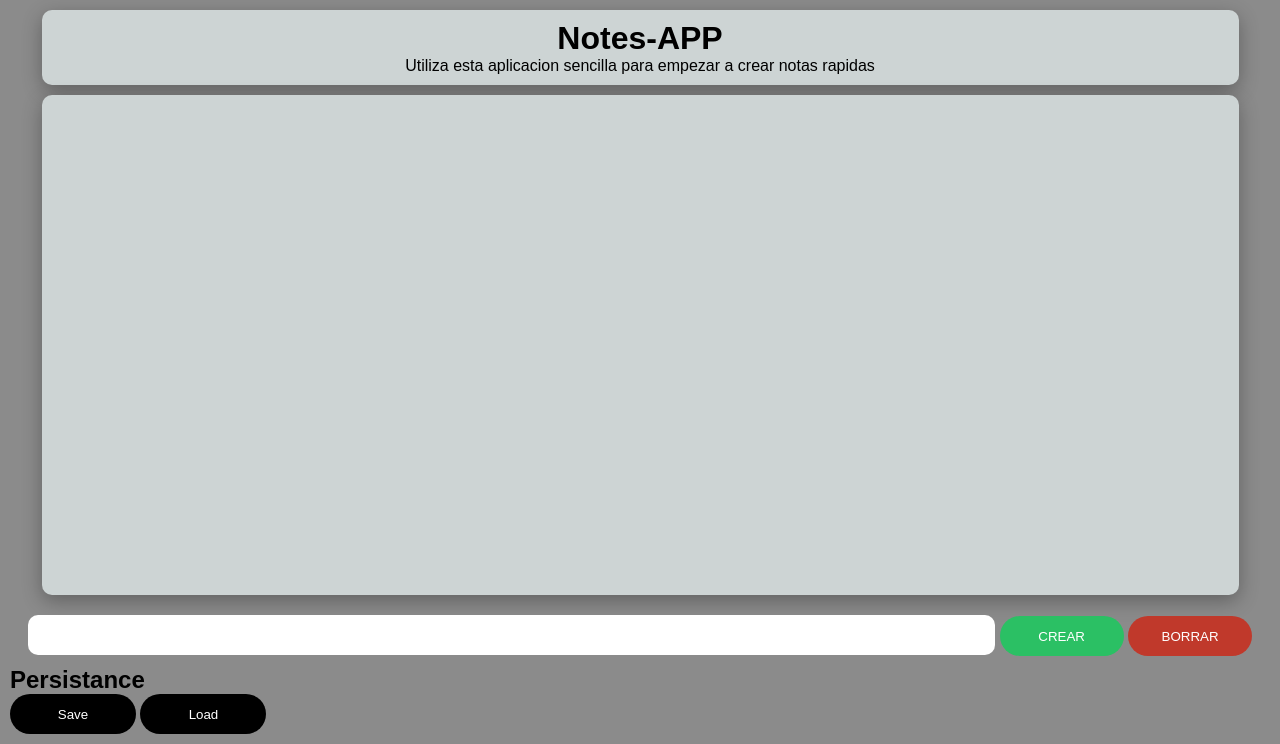
Repository: iocolopus/learn_web
Page: to_do persistente/index.html
The author's editor kept a copy of each file at every save. The page is drawn from the files as they stood at one save, then again after the next save.
The browser window is 1280 px wide. The pictures show the whole page.

Above is the page before, as saved 2026-02-16 22:40:51.

After the next save:
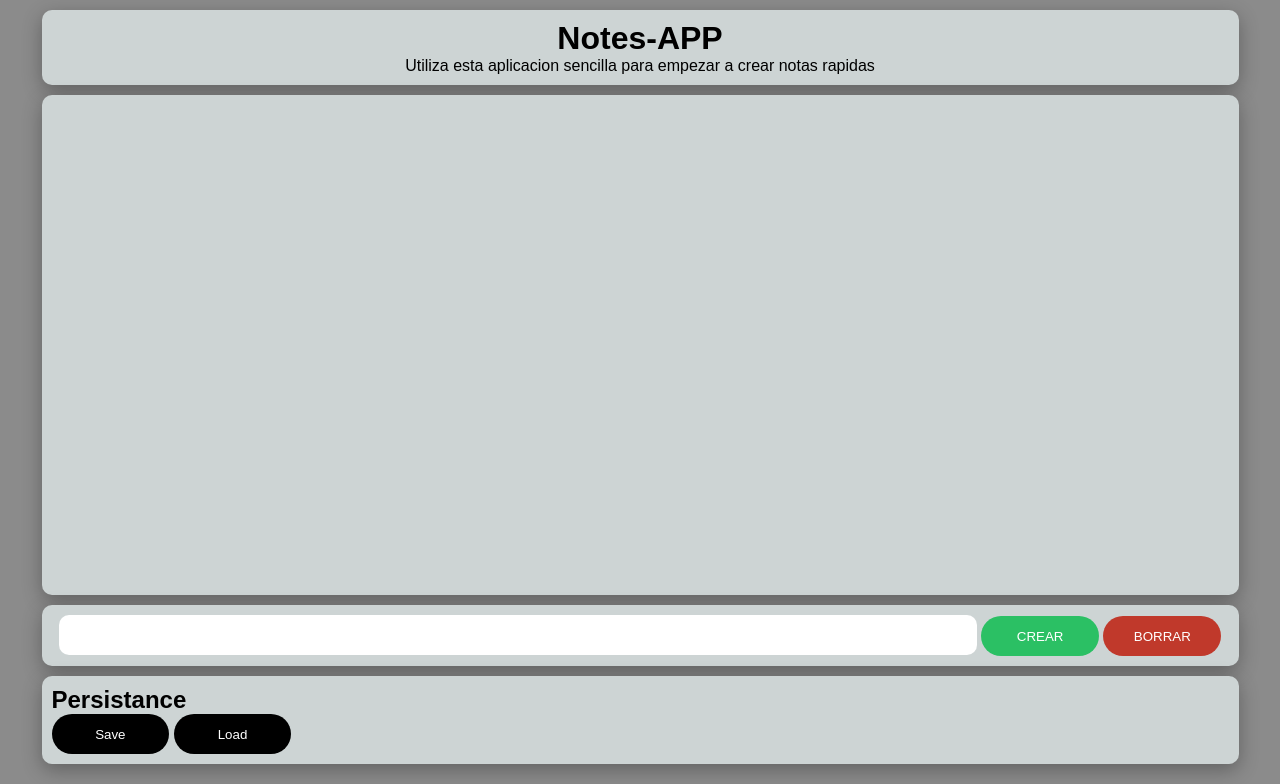
Saved 27 s later.
--- a/to_do persistente/styles.css
+++ b/to_do persistente/styles.css
@@ -10,7 +10,7 @@ body {
     padding: 10px;
 }
 
-header, #notes-container, #note-creation-container footer{
+header, #notes-container, #note-creation-container,footer{
     margin-left: auto;
     margin-right: auto;
     margin-bottom: 10px;
